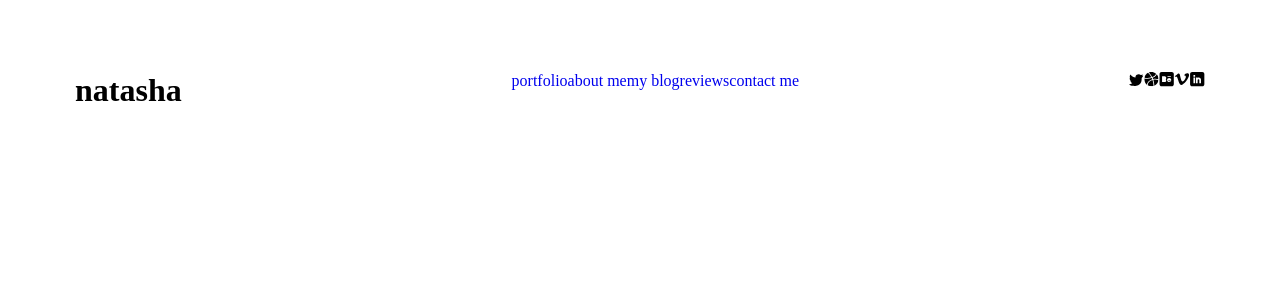
Repository: BuduCE/landing-page
Page: natasha-lp/index.html
An editor plug-in stored every save of this project. The page is shown before and after a run of saves, followed by the edit.
The browser window is 1280 px wide. The pictures show the whole page.

Above is the page before, as saved 2022-03-04 18:18:05.

### natasha-lp/index.html
<!DOCTYPE html>
<html lang="en">

<head>
    <meta charset="UTF-8">
    <meta http-equiv="X-UA-Compatible" content="IE=edge">
    <meta name="viewport" content="width=device-width, initial-scale=1.0">
    <title>Natasha</title>

    <!--CSS-->
    <link rel="stylesheet" href="./assets/css/style.css">
</head>

<body>
    <!--Navbar menu-->
    <header>
        <div class="logo">
            <h1>natasha</h1>
        </div>

        <nav>
            <li><a href="#">portfolio</a></li>
            <li><a href="#">about me</a></li>
            <li><a href="#">my blog</a></li>
            <li><a href="#">reviews</a></li>
            <li><a href="#">contact me</a></li>
        </nav>

        <nav>
            <li><a href="">
                <svg width="15" height="12" viewBox="0 0 15 12" fill="none"
                        xmlns="http://www.w3.org/2000/svg">
                        <path
                            d="M5.32379 11.9894C4.70669 11.9894 4.07153 11.9394 3.43255 11.8393C2.30713 11.6627 1.16788 11.074 0.845509 10.8977L0 10.4354L0.915405 10.1344C1.91606 9.80538 2.52477 9.60125 3.27828 9.28159C2.52379 8.91621 1.9423 8.25895 1.66238 7.4093L1.44943 6.76281L1.62406 6.78948C1.45846 6.62258 1.32771 6.45317 1.22635 6.29911C0.865868 5.75159 0.675013 5.08256 0.715623 4.50923L0.755688 3.94494L1.09352 4.07581C0.951007 3.80667 0.848013 3.51925 0.787479 3.21799C0.639956 2.48331 0.763418 1.7028 1.13522 1.02027L1.4295 0.480042L1.82308 0.952771C3.06783 2.44804 4.64442 3.33503 6.51562 3.5947C6.43919 3.06786 6.49646 2.55942 6.68601 2.10367C6.90669 1.57302 7.29929 1.12305 7.82101 0.802307C8.40043 0.446182 9.1031 0.273618 9.79956 0.316405C10.5385 0.361805 11.2094 0.638671 11.7422 1.11761C12.0024 1.04999 12.1941 0.977812 12.4532 0.880261C12.6091 0.821578 12.7859 0.754948 13.0072 0.678736L13.8224 0.397842L13.2908 1.91619C13.3259 1.91325 13.362 1.91075 13.3998 1.90912L14.2703 1.8697L13.7558 2.57292C13.7263 2.6132 13.7188 2.62463 13.7083 2.64042C13.6668 2.70291 13.6152 2.78065 12.909 3.72371C12.7322 3.95986 12.6439 4.26742 12.6603 4.58991C12.7229 5.81539 12.5726 6.92416 12.2132 7.88529C11.8733 8.7946 11.3465 9.57479 10.6478 10.2042C9.78312 10.9829 8.68056 11.516 7.3706 11.7886C6.72803 11.9223 6.03799 11.9894 5.32379 11.9894Z"
                            fill="black" />
                    </svg>
                </a></li>
            <li><a href="">
                <svg width="15" height="15" viewBox="0 0 15 15" fill="none" xmlns="http://www.w3.org/2000/svg">
                <g clip-path="url(#clip0_1_411)">
                <path d="M11.2078 3.20502C11.6444 2.71846 11.8989 2.20904 11.9882 1.68612C10.7537 0.65237 9.16565 0 7.43325 0C6.53875 0 5.68572 0.173109 4.89661 0.475995C6.218 1.7999 7.32307 3.36746 8.18742 5.05957C9.46102 4.59904 10.5225 3.96898 11.2078 3.20502Z" fill="black"/>
                <path d="M11.83 3.76354C11.063 4.61842 9.92291 5.31369 8.56079 5.81897C8.73009 6.19023 8.88567 6.56921 9.0321 6.9531C9.73162 6.80264 10.4566 6.71706 11.196 6.71706C12.3599 6.71706 13.4907 6.91456 14.5334 7.27754C14.5344 7.22975 14.5406 7.18326 14.5406 7.13514C14.5406 5.29463 13.8314 3.6207 12.6795 2.35712C12.5095 2.84683 12.2274 3.32076 11.83 3.76354Z" fill="black"/>
                <path d="M0.433258 5.63324C1.32199 5.79034 2.30664 5.88092 3.25254 5.88092C4.71885 5.88092 6.12734 5.67276 7.38266 5.31522C6.51766 3.65326 5.40562 2.1237 4.07834 0.844543C2.27202 1.81602 0.878333 3.57389 0.433258 5.63324Z" fill="black"/>
                <path d="M14.4613 8.13842C13.4527 7.75878 12.3426 7.55322 11.196 7.55322C10.5532 7.55322 9.92193 7.62062 9.31311 7.74364C9.93119 9.59722 10.2888 11.6007 10.3499 13.6372C12.5243 12.6535 14.1138 10.5815 14.4613 8.13842Z" fill="black"/>
                <path d="M0.270294 7.13516C0.270294 9.33397 1.33018 11.3302 2.9034 12.6348C3.07009 11.5259 3.57003 10.435 4.3843 9.522C5.35284 8.43609 6.69688 7.62292 8.21893 7.15879C8.07729 6.79341 7.92258 6.43522 7.75927 6.08203C6.39922 6.48541 4.86737 6.71709 3.25256 6.71709C2.26464 6.71709 1.23655 6.6227 0.304589 6.45895C0.283468 6.68182 0.270294 6.90697 0.270294 7.13516V7.13516Z" fill="black"/>
                <path d="M5.00854 10.0784C4.18601 11.0008 3.74039 12.0826 3.68323 13.1893C4.77338 13.87 6.05602 14.2703 7.43327 14.2703C8.15738 14.2703 8.85603 14.1601 9.51482 13.9579C9.48281 11.8762 9.13333 9.82941 8.49794 7.94547C7.10708 8.36256 5.88367 9.09713 5.00854 10.0784Z" fill="black"/>
                </g>
                <defs>
                <clipPath id="clip0_1_411">
                <rect width="14.2703" height="14.2703" fill="white" transform="translate(0.270264)"/>
                </clipPath>
                </defs>
                </svg>
                </a></li>
            <li><a href="">
                <svg width="15" height="15" viewBox="0 0 15 15" fill="none" xmlns="http://www.w3.org/2000/svg">
                <path d="M12.6926 0H2.6309C1.47836 0 0.540527 0.937837 0.540527 2.09037V12.1799C0.540527 13.3324 1.47836 14.2703 2.6309 14.2703H12.6926C13.8451 14.2703 14.8108 13.3324 14.8108 12.1799V2.09037C14.8108 0.937837 13.8451 0 12.6926 0ZM8.51181 4.20861H11.8564V5.04476H8.51181V4.20861ZM7.25759 8.38936C7.25759 9.31163 6.50756 10.0617 5.58529 10.0617H3.07684V4.20861H5.58529C6.50756 4.20861 7.25759 4.95864 7.25759 5.88091C7.25759 6.38282 7.03091 6.82844 6.6798 7.13514C7.03091 7.44183 7.25759 7.88745 7.25759 8.38936ZM12.2745 8.38936H9.00131C9.17398 8.87602 9.63909 9.22551 10.1841 9.22551C10.6304 9.22551 11.0468 8.98501 11.2709 8.59796L11.9943 9.0169C11.6217 9.66111 10.9279 10.0617 10.1841 10.0617C9.03157 10.0617 8.09374 9.12382 8.09374 7.97128C8.09374 6.81875 9.03157 5.88091 10.1841 5.88091C11.3366 5.88091 12.2745 6.81875 12.2745 7.97128V8.38936Z" fill="black"/>
                </svg></a></li>
            <li><a href="">
                <svg width="16" height="13" viewBox="0 0 16 13" fill="none" xmlns="http://www.w3.org/2000/svg">
                    <path d="M0.810791 3.15084L1.0048 3.873L1.0195 3.86318C1.41515 3.6005 1.72805 3.39302 2.0796 3.39302C2.39371 3.39302 2.69431 3.5621 2.91815 3.89514C4.13612 5.70587 5.07809 12.0026 7.35725 12.0026C9.60669 12.0026 15.256 5.13731 15.0769 2.03947C14.9879 0.500584 13.8877 0.27063 13.2396 0.27063C11.9917 0.27063 10.7478 1.04274 10.12 2.51945C11.1915 2.34731 11.9507 2.94903 11.8691 4.05103C11.7748 5.30269 9.6792 8.53689 8.70402 8.53689C7.03695 8.53689 6.25698 2.90496 5.69922 1.19536C5.55953 0.76861 5.15561 0.503421 4.64434 0.503421C4.28136 0.503421 3.90563 0.642942 3.58587 0.896678C2.84912 1.48095 2.098 2.08201 1.36899 2.6881L0.810791 3.15084Z" fill="black"/>
                    </svg>
            </a></li>
            <li><a href="">
                <svg width="15" height="15" viewBox="0 0 15 15" fill="none" xmlns="http://www.w3.org/2000/svg">
                    <path d="M12.261 0H2.17143C1.01889 0 0.0810547 0.937837 0.0810547 2.09037V12.1799C0.0810547 13.3324 1.01889 14.2703 2.17143 14.2703H12.261C13.4135 14.2703 14.3513 13.3324 14.3513 12.1799V2.09037C14.3513 0.937837 13.4135 0 12.261 0ZM5.12582 11.3159H3.45352V5.46284H5.12582V11.3159ZM5.12582 4.62669H3.45352V2.95439H5.12582V4.62669ZM10.9789 11.3159H9.30656V7.97128C9.30656 7.51031 8.93138 7.13514 8.47041 7.13514C8.00944 7.13514 7.63426 7.51031 7.63426 7.97128V11.3159H5.96197V5.46284H7.63426V5.77803C8.07237 5.64183 8.35697 5.46284 8.88849 5.46284C10.0226 5.46404 10.9789 6.48146 10.9789 7.68386V11.3159Z" fill="black"/>
                    </svg>
            </a></li>
        </nav>
    </header>
</body>

</html>

### natasha-lp/assets/css/style.css
/*Reset*/
* {
    margin: 0;
    padding: 0;
    box-sizing: border-box;
}

header, nav {
    display: flex;
    justify-content: space-between;
}

header {
    padding: 72px 75px;
}

nav {
    display: flex;
    color: black;
}

nav li {
    list-style: none;
}

nav li a {
    text-decoration: none;
}

After the next 8 saves:
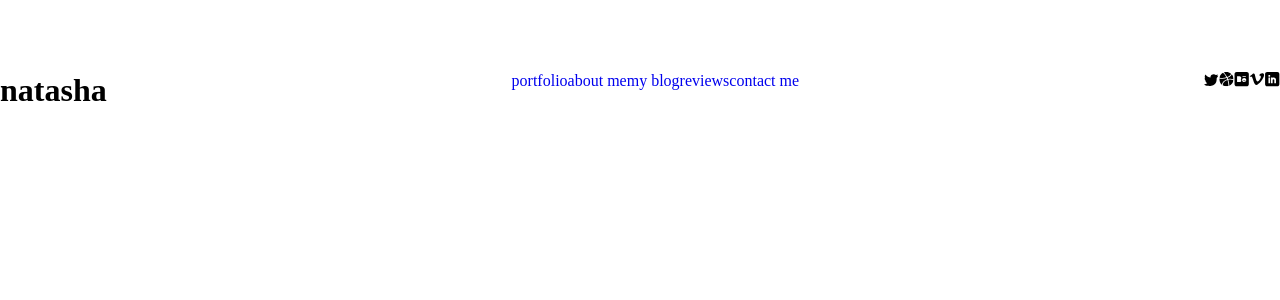
The 8 saves are shown as one change because they came seconds apart.
The last was saved 37 s later.
--- a/natasha-lp/assets/css/style.css
+++ b/natasha-lp/assets/css/style.css
@@ -11,7 +11,9 @@
 }
 
 header {
-    padding: 72px 75px;
+    /* padding: 72px 75px; */
+    padding-block: 72px;
+    pa
 }
 
 nav {

After the 4 saves that followed:
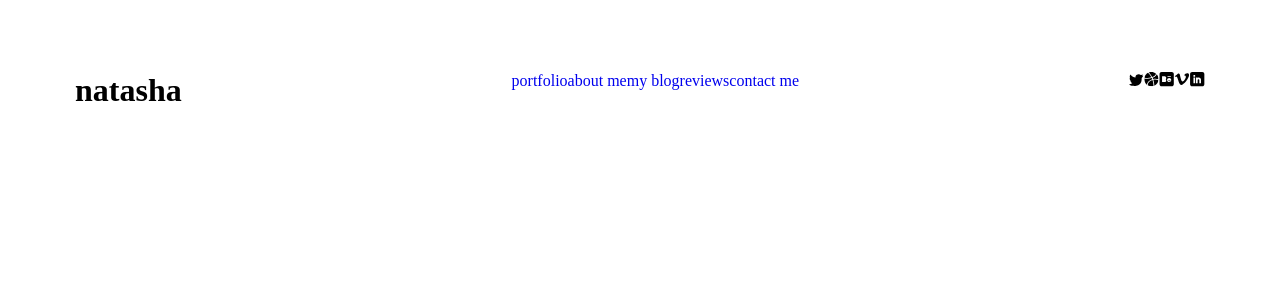
The 4 saves are shown as one change because 1 left the picture as it was and some came seconds apart.
The last was saved 18 s later.
--- a/natasha-lp/assets/css/style.css
+++ b/natasha-lp/assets/css/style.css
@@ -13,7 +13,7 @@
 header {
     /* padding: 72px 75px; */
     padding-block: 72px;
-    pa
+    padding-inline: 75px;
 }
 
 nav {
